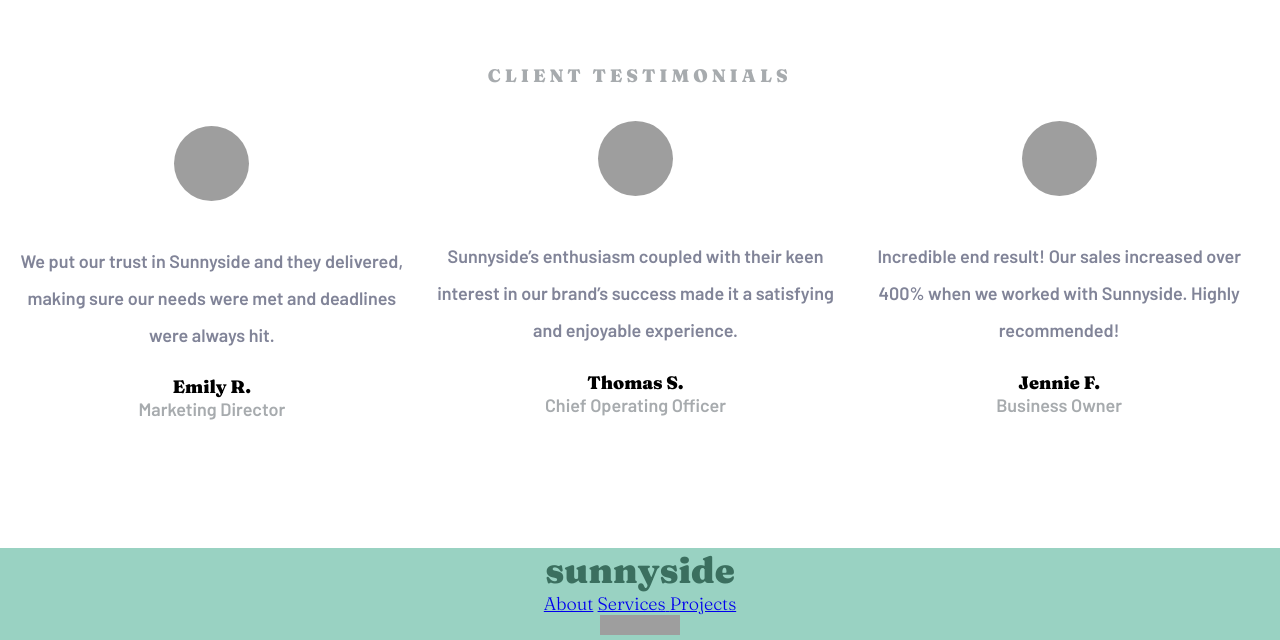
Repository: Roshanell/Sunny-Side-Agency
Page: index.html
These files come from the project's save history. The page is drawn as it stood at one moment and after the next save; the edit follows.
The browser window is 1280 px wide. The pictures show the part of the page from y = 2160 to 2800 px (the page is 2800 px tall before and 2708 px after).
Pictures or frames that could not be fetched are drawn as grey boxes. Some web libraries are served in a nearby version.

Above is the page before, as saved 2022-07-07 14:22:14.

### index.html
<!doctype html>
<html lang="en">

  <head>
    <meta charset="utf-8">
    <meta name="viewport" content="width=device-width, initial-scale=1">
    <title>Sunny Side Agency</title>
    <link href="https://fonts.googleapis.com/icon?family=Material+Icons" rel="stylesheet">
    <link rel="stylesheet" href="css/style.css">
    <link
      href="https://fonts.googleapis.com/css2?family=Barlow:wght@600&family=Fraunces:opsz,wght@9..144,300;9..144,700;9..144,900&display=swap"
      rel="stylesheet">
    <!-- <link rel="stylesheet" href="/css/normalize.css"> -->
    <script src="https://kit.fontawesome.com/48e7997292.js" crossorigin="anonymous"></script>
  </head>

  <body>
    <div class="container">
      <div class="homePage">
        <ul class="menu">
          <li><a class="menuItem" href="#">Home</a></li>
          <li><a class="menuItem" href="#">Profile</a></li>
          <li><a class="menuItem" href="#">About</a></li>
          <li><a class="menuItem" href="#">Contacts</a></li>
        </ul>
        <button class="hamburger">
          <i class="menuIcon material-icons">menu</i>
          <i class="closeIcon material-icons">close</i>
        </button>
        <div class="header">
          <h1>sunnyside</h1>
        </div>
        <div class="homeContent">
          <h2 class="homeSlogan">We are creatives</h2>
          <i class="fa-solid fa-arrow-down-long fa-4x"></i>

        </div>
      </div>

      <div class="eggArea">

      </div>

      <div class="aboutUsInfo" id="aboutUsInfo">
        <div class="infoContainer">
          <h3>
            Transform your brand
          </h3>
          <p>We are a full-service creative agenc grow fast. Engage your clients through
            compelling visuals that do most of the marketing for you. </p>
          <span><a href="#">Learn More</a></span>
        </div>
      </div>

      <div class="cupImage">
      </div>

      <div class="standOutInfo" id="standOutInfo">
        <div class="standOutContainer">
          <h3>Stand out to the right audience</h3>
          <p> Using a collaborative formula of designers, researchers,
            photographers,videographers, and copywriters, we’ll build and extend your brand in digital places. </p>

          <span class="learnMorePink"><a href="#">Learn More</a></span>
        </div>
      </div>
      <div class="graphicDesign">
        <div class="design-photography">
          <h3> Graphic Design</h3>
          <p class="pGraphics" id="pDesign">
            Great design makes you memorable. We deliver artwork that underscores your brand message and captures
            potential clients’ attention. </p>
        </div>
      </div>
      <div class="orangeImage">
        <div class="design-photography">
          <h3>Photography</h3>
          <p class="pGraphics"> Increase your credibility by getting the most stunning, high-quality photos that improve
            your business
            image. </p>
        </div>
      </div>
      <div class="testimonialOne">
        <h4>Client Testimonials</h4>
        <div class="user one"></div>
        <p class="review">We put our trust in Sunnyside and they delivered, making sure our needs were met and
          deadlines
          were always
          hit.</p>
        <span class="name">Emily R.</span>
        <span class="occupation">Marketing Director</span>
      </div>
      <div class="testimonialTwo">
        <div class="user two"></div>
        <p class="review">Sunnyside’s enthusiasm coupled with their keen interest in our brand’s success made it a
          satisfying and
          enjoyable experience.</p>
        <span class="name">Thomas S.</span>
        <span span class="occupation">Chief Operating Officer</span>
      </div>
      <div class="testimonialThree">
        <div class="user three"></div>
        <p class="review">Incredible end result! Our sales increased over 400% when we worked with Sunnyside. Highly
          recommended!</p>
        <span class="name">Jennie F.</span>
        <span span class="occupation">Business Owner</span>
      </div>
      <div class="fourImgs" id="fourImgs">
        <div class="imgOne">
        </div>
        <div class="imgTwo">
        </div>
        <div class="imgThree">
        </div>
        <div class="imgFour">
        </div>
      </div>

      <div class="footer">
        <h1>sunnyside</h1>
        <div class="moreInformation">
          <a href="index.html#aboutUsInfo"><span> About</span></a>
          <a href="index.html#standOutInfo"><span>Services</span> </a>
          <a href="index.html#fourImgs"><span>Projects</span></a>
        </div>
        <div class="socialMediaHandles">
          <div>
            <img src="https://i.imgur.com/uHHCF8A.png" alt="Facebook Icon" height="20px" width="20px">
          </div>
          <div>
            <img src="https://i.imgur.com/Fvw0N1c.png" alt="Instagram Icon" height="20px" width="20px">
          </div>
          <div>
            <img src="https://i.imgur.com/k39Bgoc.png" alt="Twitter Icon" height="20px" width="20px">
          </div>
          <div>
            <img src="https://i.imgur.com/JN1Rhal.png" alt="Pinterest Icon" height="20px" width="20px">
          </div>
        </div>
      </div>
    </div>

    <script src="main.js"></script>

  </body>

</html>

### css/style.css
/* Box Model Hack */
* {
  -moz-box-sizing: border-box;
}

/* Clear fix hack */
.clearfix:after {
  content: ".";
  display: block;
  clear: both;
  visibility: hidden;
  line-height: 0;
  height: 0;
}

.clear {
  clear: both;
}

/******************************************
/* BASE STYLES
/*******************************************/

body {
  font-size: 18px;
  font-family: "Barlow", sans-serif;
  text-align: center;
  margin: 0;
}
p {
  color: hsl(232, 10%, 55%);
  display: flex;
  justify-content: center;
  align-items: center;
  margin: 0 2%;
  line-height: 37px;
}

h1,
h2,
h3,
h4,
h5,
h6 {
  font-family: "Fraunces", serif;
  font-weight: 700;
}

h3 {
  margin-top: 10%;
  margin-bottom: 10%;
  font-size: 40px;
}

span a {
  color: black;
  text-decoration: underline yellow;
  text-decoration-thickness: 5px;
}

.learnMorePink a {
  text-decoration: underline hsl(7, 99%, 70%);
  text-decoration-thickness: 5px;
}
.learnMorePink {
  margin-top: 5%;
}
/* hamburger */

* {
  margin: 0;
  padding: 0;
  box-sizing: border-box;
}

.menuItem {
  display: block;
  margin: 2rem 4rem;
  font-size: 1.8rem;
  color: black;
  text-decoration: none;
  font-family: "Barlow", sans-serif;
  animation: fadeInUp 0.5s ease-in-out forwards;
}

.menuItem:hover {
  text-decoration: underline;
}

.hamburger {
  position: fixed;
  z-index: 100;
  top: 1rem;
  right: 1rem;
  padding: 4px;
  border: none;
  background: transparent;
  cursor: pointer;
  color: white;
}

.closeIcon {
  display: none;
}

.menu {
  position: fixed;
  transform: translateY(-100%);
  transition: transform 0.2s;
  top: 0;
  left: 0;
  right: 0;
  bottom: 40%;
  z-index: 99;
  width: 89%;
  margin-left: 5%;
  margin-top: 0%;
  background: white;
  color: black;
  list-style: none;
  padding-top: 4rem;
}

.showMenu {
  transform: translateY(0);
}

/* homepage */

.homePage {
  background-image: url("https://i.imgur.com/5owK20G.jpg");
  background-size: cover;
  height: 100vh;
  background-repeat: no-repeat;
}

.homeSlogan {
  color: white;
  font-size: 40px;
  text-transform: uppercase;
  letter-spacing: 5px;
}

.fa-solid {
  color: white;
}

.fa-arrow-down-long {
  margin-top: 10%;
}
/* About Us */
.aboutUsInfo {
  background-color: white;
}
.aboutUsInfo h3 {
  font-size: 40px;
}
/* testimonials */
/* user profile images */
.user {
  display: inline-block;
  width: 75px;
  height: 75px;
  border-radius: 50%;
  margin: 9%;
  background-repeat: no-repeat;
  background-position: center center;
  background-size: cover;
}

.one {
  background-image: url("https://i.imgur.com/0PxR98W.jpg");
}

.two {
  background-image: url("https://i.imgur.com/01xgLPA.jpg");
}

.three {
  background-image: url("https://i.imgur.com/YJGOYO1.jpg");
}

.testimonialOne h4 {
  text-transform: uppercase;
  color: hsl(210, 4%, 67%);
  letter-spacing: 4px;
  /* font-size: 100%; */
  margin-top: 10%;
  font-weight: 900;
}

.occupation {
  color: hsl(210, 4%, 67%);
  margin-bottom: 5%;
  margin-top: 5%;
}

.name {
  font-family: "Fraunces", serif;
  margin-top: 5%;
  font-weight: 900;
}

/* background Images */
.pGraphics {
  margin-bottom: 20%;
}

/* main information */
.cupImage {
  /* border: solid 1px pink; */
  /* height: 40vh; */
  grid-area: cupImage;
  background-image: url("https://i.imgur.com/TEIjlB8.jpg");
  background-size: cover;
  background-position: center;
}

.eggArea {
  /* border: solid 1px purple; */
  grid-area: eggArea;
  background-image: url("https://i.imgur.com/Ic0Kukn.jpg");
  /* height: 40vh; */
  background-size: cover;
  background-position: center;
}

/******************************************
/* LAYOUT
/*******************************************/

/******************************************
/* ADDITIONAL STYLES
/*******************************************/

@media all and (min-width: 1024px) and (max-width: 1480px) {
  .homePage,
  .homeContent {
    /* border: 1px solid black; */
  }

  .header h1 {
    color: white;
  }
  h3 {
    margin-bottom: 3%;
    font-size: 40px;
  }

  /* .menuItem{
    display: inline;
  } */
  .eggArea {
    /* border: 1px solid red; */
    background-image: url("https://i.imgur.com/ylwqnFI.jpg");
    height: 60vh;
    width: 50%;
    float: right;
  }
  .aboutUsInfo {
    /* border: 1px solid red; */
    height: 60vh;
    width: 49vw;
    float: left;
  }

  .infoContainer {
    margin: auto;
    width: 60%;

    text-align: justify;
  }

  .infoContainer h3 {
    text-align: left;
    width: 82%;
  }

  .cupImage {
    float: left;
    height: 60vh;
    width: 50%;
    background-image: url("https://i.imgur.com/9A6seJs.jpg");
    /* border: 1px solid red; */
  }
  .standOutInfo {
    float: right;
    height: 60vh;
    width: 47vw;
    /* border: 1px solid red; */
  }

  .standOutContainer {
    width: 70%;
    margin: auto;
    text-align: left;
  }
  .graphicDesign {
    background-image: url("https://i.imgur.com/ypGUgU9.jpg");
    float: left;
    height: 80vh;
    width: 50%;
    /* border: 1px solid green; */
    background-size: cover;
    color: hsl(167, 40%, 24%);
  }

  .orangeImage {
    float: right;
    background-image: url("https://i.imgur.com/RiEjNfa.jpg");
    height: 80vh;
    width: 50%;
    /* border: 1px solid blue; */
    background-size: cover;
  }
  .design-photography {
    margin: 20%;
    margin-top: 45%;
  }
  .reviewGroup {
    display: flex;
  }
  .testimonialOne {
    float: left;
    height: fit-content;
    width: 33.1%;
    margin-top: 10%;
    margin-bottom: 10%;
    /* border: 1px solid pink; */
  }

  .testimonialOne h4 {
    margin-top: -15%;
    margin-left: 101%;
    text-align: center;
    width: 100%;
  }

  .testimonialTwo {
    float: left;
    height: fit-content;
    width: 33.1%;
    /* margin: auto; */
    margin-top: 6.5%;
    /* border: 1px solid pink; */
  }

  .testimonialThree {
    float: left;
    height: fit-content;
    width: 33.1%;
    margin-top: 6.5%;
    /* border: 1px solid pink; */
  }
  .name {
    display: block;
    margin-top: 5%;
  }
  .footer {
    float: left;
    width: 100%;
    font-family: "Fraunces", serif;
    background: #99d2c2;
    color: hsl(168, 34%, 41%);
    /* border: 1px solid pink; */
  }
  .footer h1 {
    color: #3b6f5f;
    font-weight: 900;
    font-family: "Fraunces", serif;
  }
  .moreInformation span a {
    display: flex;
    text-decoration: none;
  }

  .socialMediaHandles {
    display: flex;
    justify-content: center;
  }
  .pGraphics {
    color: hsl(167, 40%, 24%);
    font-weight: 700;
    font-size: 18px;
  }
  .orangeImage p,
  .orangeImage h3 {
    color: hsl(198, 62%, 26%);
  }
}

/* mobile view */

@media all and (min-width: 375px) and (max-width: 1023px) {
  .container {
    /* border: solid 1px blue; */
    display: grid;
    grid-template-columns: 1fr;
    grid-template-rows: 1.5fr 1fr 1fr 1fr 1fr 1.5fr 1.4fr 1fr 1fr 1fr 1fr;
    gap: 0px 0px;
    grid-auto-flow: column dense;
    grid-template-areas:
      "homePage"
      "eggArea"
      "aboutUsInfo"
      "cupImage"
      "standOutInfo"
      "graphicDesign"
      "orangeImage"
      "testimonialOne"
      "testimonialTwo"
      "testimonialThree"
      "fourImgs"
      "footer";
  }

  .homePage {
    background-image: url("https://i.imgur.com/HUEIjty.jpg");
    background-size: cover;
    /* height: 100vh; */
    background-repeat: no-repeat;
  }

  .homeSlogan {
    color: white;
    font-size: 40px;
    text-transform: uppercase;
    letter-spacing: 5px;
  }

  .fa-solid {
    color: white;
  }

  .fa-arrow-down-long {
    margin-top: 10%;
  }
  /* About Us */
  .aboutUsInfo {
    background-color: white;
  }
  .aboutUsInfo h3 {
    font-size: 40px;
  }
  /* testimonials */
  /* user profile images */
  .user {
    display: inline-block;
    width: 75px;
    height: 75px;
    border-radius: 50%;
    margin: 9%;
    background-repeat: no-repeat;
    background-position: center center;
    background-size: cover;
  }

  .one {
    background-image: url("https://i.imgur.com/0PxR98W.jpg");
  }

  .two {
    background-image: url("https://i.imgur.com/01xgLPA.jpg");
  }

  .three {
    background-image: url("https://i.imgur.com/YJGOYO1.jpg");
  }

  .testimonialOne h4 {
    text-transform: uppercase;
    color: hsl(210, 4%, 67%);
    letter-spacing: 4px;
    /* font-size: 100%; */
    margin-top: 10%;
    font-weight: 900;
  }

  .occupation {
    color: hsl(210, 4%, 67%);
    margin-bottom: 5%;
    margin-top: 5%;
  }

  .name {
    font-family: "Fraunces", serif;
    margin-top: 5%;
    font-weight: 900;
  }

  /* background Images */
  .pGraphics {
    margin-bottom: 20%;
  }

  /******************************************
  /* LAYOUT
  /*******************************************/
  .container {
    /* border: solid 1px blue; */
    display: grid;
    grid-template-columns: 1fr;
    grid-template-rows: 1.5fr 1fr 1fr 1fr 1fr 1.5fr 1.4fr 1fr 1fr 1fr 1fr;
    gap: 0px 0px;
    grid-auto-flow: column dense;
    grid-template-areas:
      "homePage"
      "eggArea"
      "aboutUsInfo"
      "cupImage"
      "standOutInfo"
      "graphicDesign"
      "orangeImage"
      "testimonialOne"
      "testimonialTwo"
      "testimonialThree"
      "fourImgs"
      "footer";
  }

  .homePage {
    /* border: solid 1px red; */
  }

  .header {
    display: flex;
    /* border: solid 1px orange; */
    grid-area: header;
    color: white;
    margin-left: 5%;
    margin-top: 2%;
  }

  .homeContent {
    /* border: solid 1px yellow; */
    grid-area: homeContent;
    margin-top: 15%;
  }

  .eggArea {
    /* border: solid 1px purple; */
    grid-area: eggArea;
    background-image: url("https://i.imgur.com/Ic0Kukn.jpg");
    /* height: 40vh; */
    background-size: cover;
    background-position: center;
  }

  .aboutUsInfo {
    /* border: solid 1px green; */
    /* height: 40vh; */
    grid-area: aboutUsInfo;
  }

  .cupImage {
    /* border: solid 1px pink; */
    /* height: 40vh; */
    grid-area: cupImage;
    background-image: url("https://i.imgur.com/TEIjlB8.jpg");
    background-size: cover;
    background-position: center;
  }

  .standOutInfo {
    /* border: solid 1px black; */
    grid-area: standOutInfo;
    display: flex;
    flex-direction: column;
    font-weight: 900;
    /* height: 40vh; */
  }

  .graphicDesign {
    /* border: solid 1px brown; */
    grid-area: graphicDesign;
    background-image: url("https://i.imgur.com/ceaL6cl.jpg");
    background-size: cover;
    display: flex;
    flex-direction: column;
    flex-wrap: nowrap;
    align-content: center;
    justify-content: flex-end;
    align-items: center;
    /* height: 40vh; */
  }

  .graphicDesign h3 {
    color: hsl(167, 40%, 24%);
    font-weight: 900;
  }
  #pDesign {
    color: hsl(167, 40%, 24%);
    font-weight: 700;
    font-size: 18px;
  }
  .orangeImage {
    /* border: solid 1px gray; */
    grid-area: orangeImage;
    background-image: url("https://i.imgur.com/5lTcoMD.jpg");
    background-size: cover;
    display: flex;
    flex-direction: column;
    flex-wrap: nowrap;
    align-content: center;
    justify-content: flex-end;
    align-items: center;
  }
  /* height: 40vh; */

  .orangeImage h3 {
    color: hsl(198, 62%, 26%);
  }
  .orangeImage p {
    color: hsl(198, 62%, 26%);
  }

  /* testimonials */

  .testimonialOne {
    /* border: solid 1px fuchsia; */
    grid-area: testimonialOne;
    /* height: 33vh; */
    display: flex;
    flex-direction: column;
    justify-content: center;
    align-items: center;
  }

  .testimonialThree {
    /* border: solid 1px lightblue; */
    grid-area: testimonialThree;
    display: flex;
    flex-direction: column;
    justify-content: center;
    align-items: center;
    /* height: 33vh; */
  }

  .testimonialTwo {
    /* border: solid 1px silver; */
    display: flex;
    flex-direction: column;
    justify-content: center;
    align-items: center;
    grid-area: testimonialTwo;

    /* height: 33vh; */
  }

  .fourImgs {
    /* border: solid 1px maroon; */
    display: grid;
    grid-template-columns: 1fr 1fr;
    grid-template-rows: 1fr 1fr;
    gap: 0px 0px;
    grid-template-areas:
      "imgOne imgThree"
      "imgTwo imgFour";
    grid-area: fourImgs;
    /* height: 40vh; */
  }

  .imgOne {
    /* border: solid 1px yellowgreen; */
    background-image: url("https://i.imgur.com/g7g3pHI.jpg");
    background-size: cover;
  }
  .imgTwo {
    /* border: solid 1px rgb(228, 122, 199); */
    background-image: url("https://i.imgur.com/xXvVali.jpg");
    background-size: cover;
  }
  .imgThree {
    /* border: solid 1px rgb(158, 207, 232); */
    background-image: url("https://i.imgur.com/w22eeJU.jpg");
    background-size: cover;
  }
  .imgFour {
    /* border: solid 1px rgb(205, 122, 50); */
    background-image: url("https://i.imgur.com/hMYShPr.jpg");
    background-size: cover;
  }

  .review {
    font-size: 20px;
  }
  /* Fix the footer */
  .footer {
    background: #99d2c2;
    color: hsl(168, 34%, 41%);
  }
  .footer h1 {
    color: #3b6f5f;
    font-weight: 900;
    font-family: "Fraunces", serif;
  }

  .moreInformation {
    display: flex;
    flex-direction: row;
    justify-content: space-evenly;
    margin: 10%;
  }

  .socialMediaHandles {
    width: 65%;
    display: flex;
    justify-content: space-around;
    margin: 20%;
  }

  .footer h1 {
    margin-top: 10%;
  }

  .moreInformation a {
    color: #3b6f5f;
    text-decoration: none;
  }
}

### main.js
const menu = document.querySelector(".menu");
const menuItems = document.querySelectorAll(".menuItem");
const hamburger = document.querySelector(".hamburger");
const closeIcon = document.querySelector(".closeIcon");
const menuIcon = document.querySelector(".menuIcon");

function toggleMenu() {
  if (menu.classList.contains("showMenu")) {
    menu.classList.remove("showMenu");
    closeIcon.style.display = "none";
    menuIcon.style.display = "block";
  } else {
    menu.classList.add("showMenu");
    closeIcon.style.display = "block";
    menuIcon.style.display = "none";
  }
}

hamburger.addEventListener("click", toggleMenu);

menuItems.forEach(function (menuItem) {
  menuItem.addEventListener("click", toggleMenu);
});

After the next save:
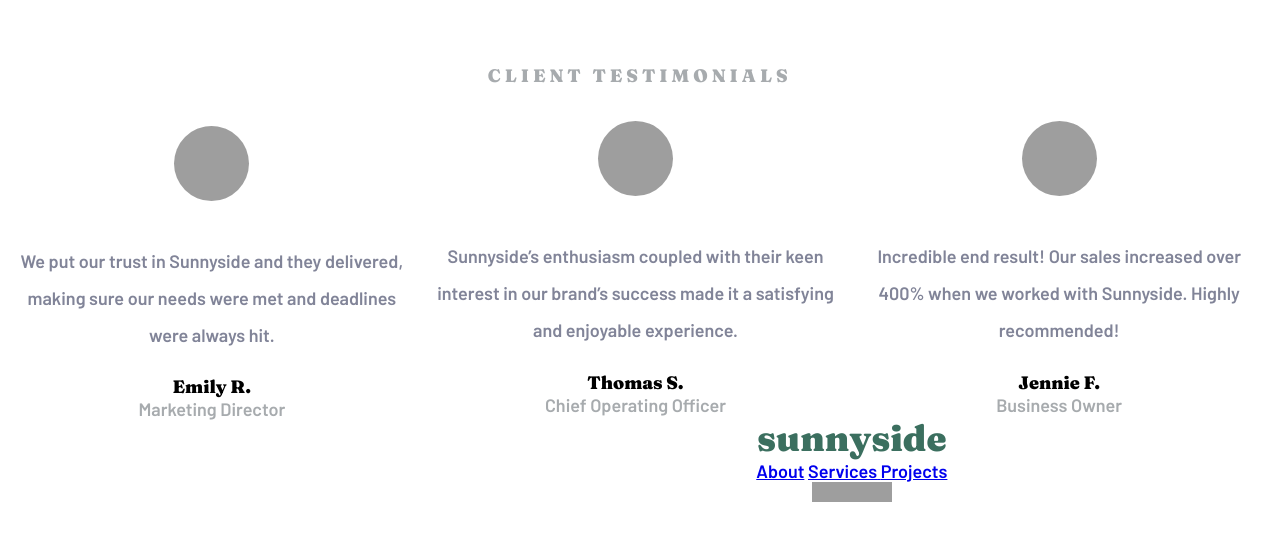
Saved 4 s later.
--- a/css/style.css
+++ b/css/style.css
@@ -356,6 +356,7 @@
     display: block;
     margin-top: 5%;
   }
+  .occ
   .footer {
     float: left;
     width: 100%;

After the 2 saves that followed:
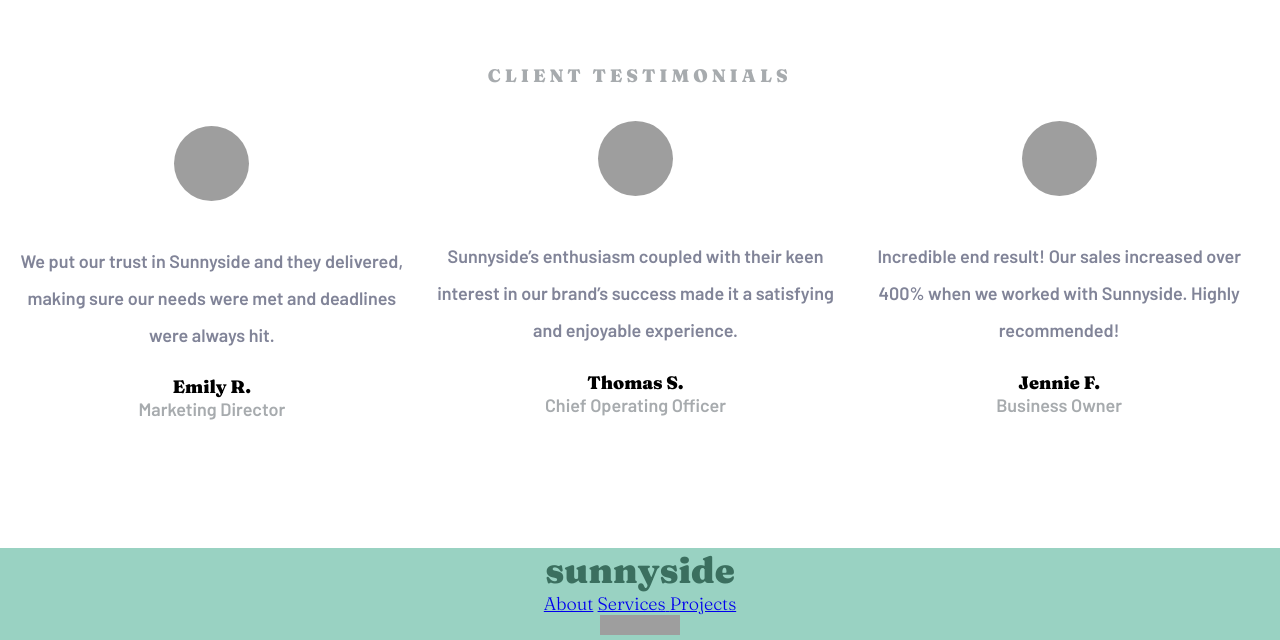
The 2 saves are shown as one change because they came seconds apart.
The last was saved 6 s later.
--- a/css/style.css
+++ b/css/style.css
@@ -356,7 +356,9 @@
     display: block;
     margin-top: 5%;
   }
-  .occ
+  .occupation{
+    display: ;
+  }
   .footer {
     float: left;
     width: 100%;
